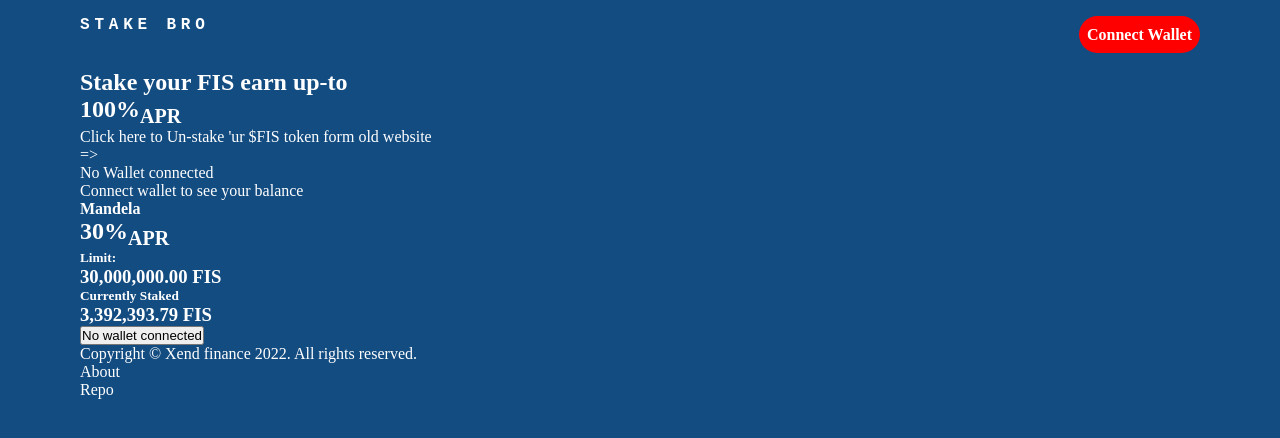
Repository: NorVirae/Stake
Page: /
These files come from the project's save history. The page is drawn as it stood at one moment and after a run of saves; the edit follows.
The browser window is 1280 px wide. The pictures show the whole page.
The project was rebuilt for these pictures with package versions that can differ from the ones it lists, and the page was loaded fresh each time.

Above is the page before, as saved 2022-04-18 01:06:24.

### src/App.tsx
import React from 'react';
import './styles/app.css'

function App() {
  return (
    <div className="stake-container">
      <header>
        <nav>
            <a href='logo' className='logo'>Stake Bro</a>
            <ul>
              <li className='connect-wallet-btn'>Connect Wallet</li>
            </ul>
        </nav>
      </header>

      <main>
        <section className='info-global'>
          <div className='inner-container-left'>
            <h1> Stake your FIS earn up-to</h1>
            <h1>100%<sub>APR</sub></h1>

          </div>

          <div className='inner-container-right'>
            <p>Click here to Un-stake 'ur $FIS token form old website</p>
            <span>{"=>"}</span>
          </div>
        </section>

        <section className='connection-info'>
          <div>No Wallet connected</div>
          <div> Connect wallet to see your balance</div>
        </section>

        <section className='reward'>
          <div className='apr-card'>
            <div className='mandela-container'>
              <h4>Mandela</h4>
              <h1>30%<sub>APR</sub></h1>
            </div>


            <div className='limit-container'>
              <h5>Limit:</h5>
              <h3>30,000,000.00 FIS</h3>
            </div>

            <div className='current-container'>
              <h5>Currently Staked</h5>
              <h3>3,392,393.79 FIS</h3>
            </div>

            <button>No wallet connected</button>
          </div>
        </section>

      </main>

      <footer>
        <div className='copyright-info'>
          Copyright &copy; Xend finance 2022. All rights reserved.
        </div>
        <ul>
          <li>About</li>
          <li>Repo</li>

        </ul>
      </footer>

    </div>
  );
}

export default App;

### src/styles/app.css
*{
    padding: 0;
    margin: 0;

}

img {
    width: 100%;
}

li {
    list-style-type: none;
}

body{
    background-color: #134C81;
    color: #ffff;
}
.stake-container {
    max-width: 70rem;
    margin:auto;
}

body{

}

nav {
    display:  flex;
    justify-content: space-between;
    padding: 1rem 0;
}

.logo {
    text-decoration: none;
    font-family: 'Courier New', Courier, monospace;
    font-weight: 900;
    color: #ffff;
    letter-spacing: .3rem;
    text-transform: uppercase;
}

.connect-wallet-btn{
    background-color: red;
    padding: .6rem .5rem;
    font-weight: bold;
    border-radius: 3rem;
}

Loaded but not shown: public/index.html (common file); src/index.tsx (common file); src/reportWebVitals.ts (common file)

After the next 5 saves:
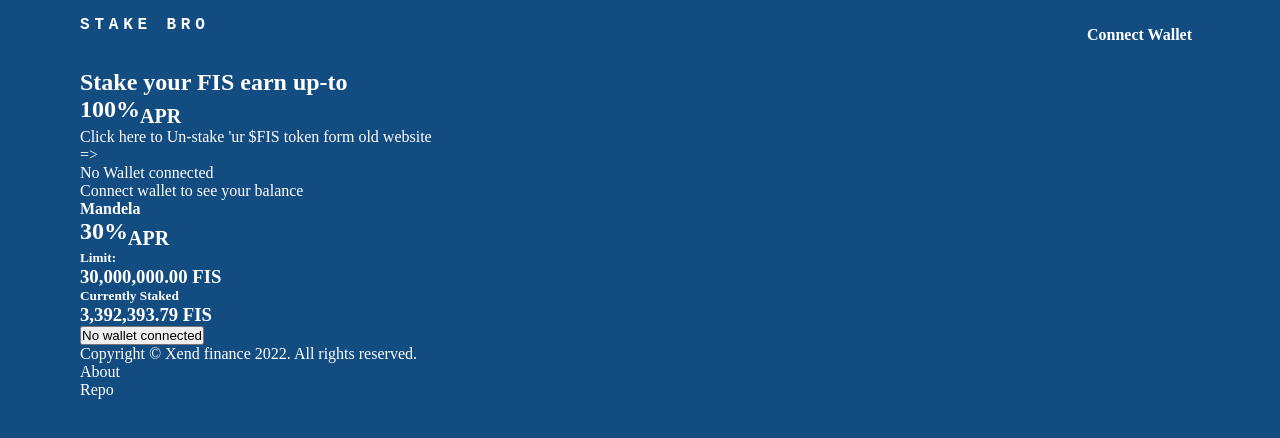
The 5 saves are shown as one change because they came seconds apart.
The last was saved 26 s later.
--- a/src/styles/app.css
+++ b/src/styles/app.css
@@ -41,8 +41,8 @@ nav {
 }
 
 .connect-wallet-btn{
-    background-color: red;
     padding: .6rem .5rem;
+    background-image: linear-gradient(to );
     font-weight: bold;
     border-radius: 3rem;
 }
